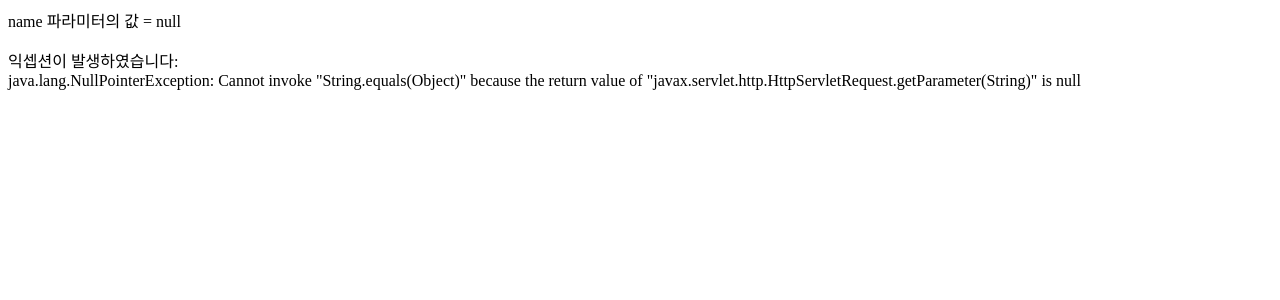
Repository: jjanggu1990/kh_java
Page: http://localhost/JSP_EX/day0331/use_catch_tag.jsp
The author's editor kept a copy of each file at every save. The page is drawn from the files as they stood at one save, then again after the next save.
The browser window is 1280 px wide. The pictures show the whole page.
The page is served by Tomcat 9.

Above is the page before, as saved 2016-03-31 08:02:52.

After the next save:
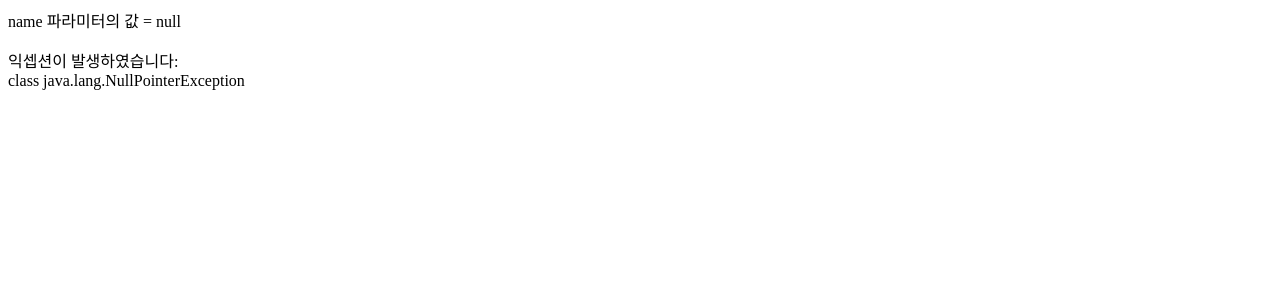
Saved 2 min 10 s later.
--- a/workspace/JSP_EX/WebContent/day0331/use_catch_tag.jsp
+++ b/workspace/JSP_EX/WebContent/day0331/use_catch_tag.jsp
@@ -13,7 +13,7 @@ ${param.name}은 test 입니다.
 <p>
 <c:if test="${ex != null}">
 익셉션이 발생하였습니다:<br>
-${ex}
+${ex.getClass()}
 </c:if>
 
 </body>
